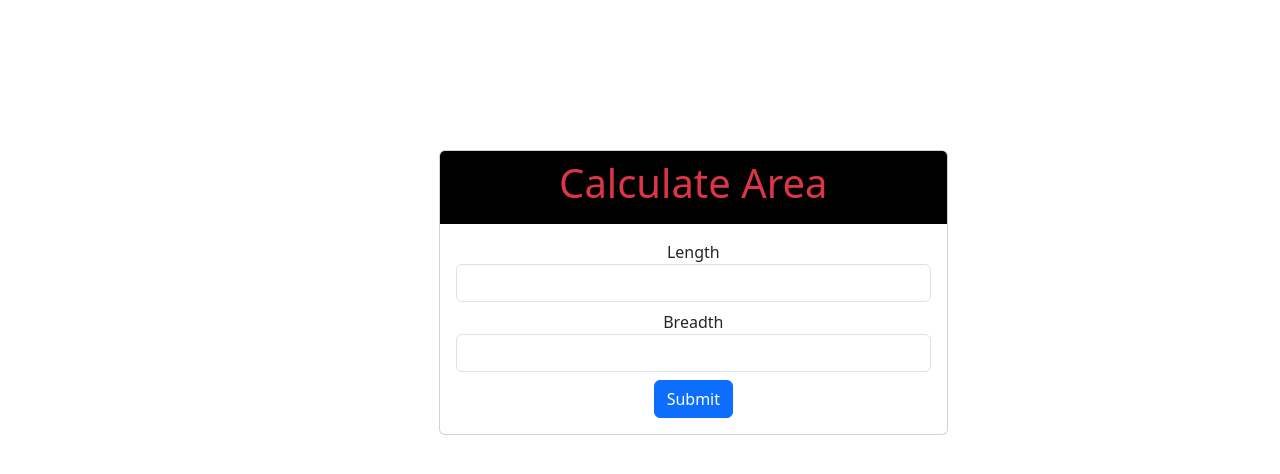
Repository: Laxman-Nath/Servlet_JSP
Page: http://localhost/Area/
These files come from the project's save history. The page is drawn as it stood at one moment and after the next save; the edit follows.
The browser window is 1280 px wide. The pictures show the whole page.
The page is served by Tomcat 9.

Above is the page before, as saved 2024-09-02 11:08:40.

After the next save:
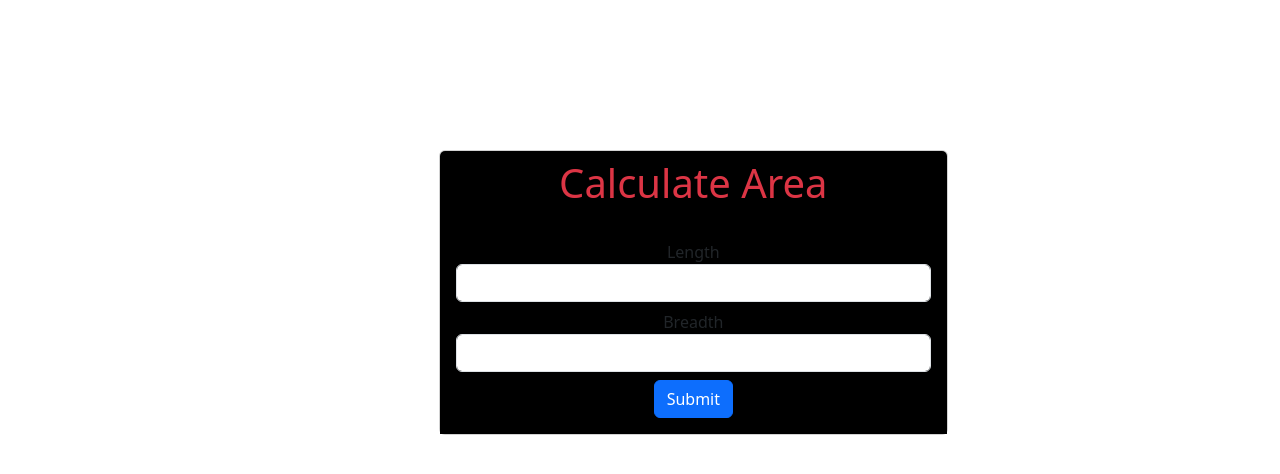
Saved 22 s later.
--- a/Area/src/main/webapp/Area.jsp
+++ b/Area/src/main/webapp/Area.jsp
@@ -17,7 +17,7 @@
 <div class="col-md-5 offset-md-4">
     <div class="card">
     <div class="card-header bg-black"><h1 class="text-center text-danger ">Calculate Area</h1></div>
-    <div class="card-body text-center">
+    <div class="card-body text-center bg-black">
 	<form action="AreaServlet" method="post">
 		<div class="mb-2">
 		<label class="">Length</label><input class="form-control" type="number" name="length" required>

After the save that followed:
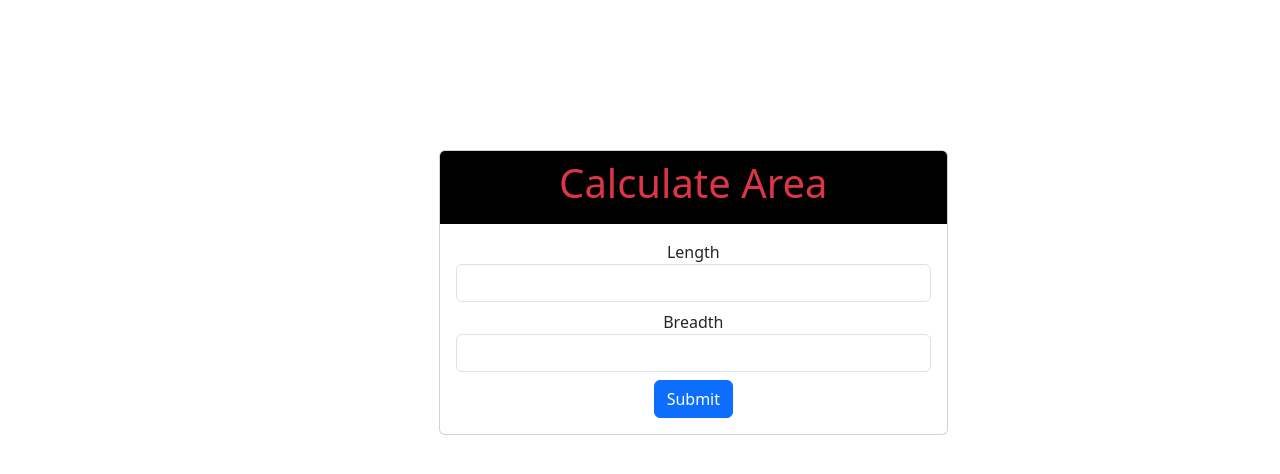
Saved 15 s later.
--- a/Area/src/main/webapp/Area.jsp
+++ b/Area/src/main/webapp/Area.jsp
@@ -17,7 +17,7 @@
 <div class="col-md-5 offset-md-4">
     <div class="card">
     <div class="card-header bg-black"><h1 class="text-center text-danger ">Calculate Area</h1></div>
-    <div class="card-body text-center bg-black">
+    <div class="card-body text-center">
 	<form action="AreaServlet" method="post">
 		<div class="mb-2">
 		<label class="">Length</label><input class="form-control" type="number" name="length" required>
